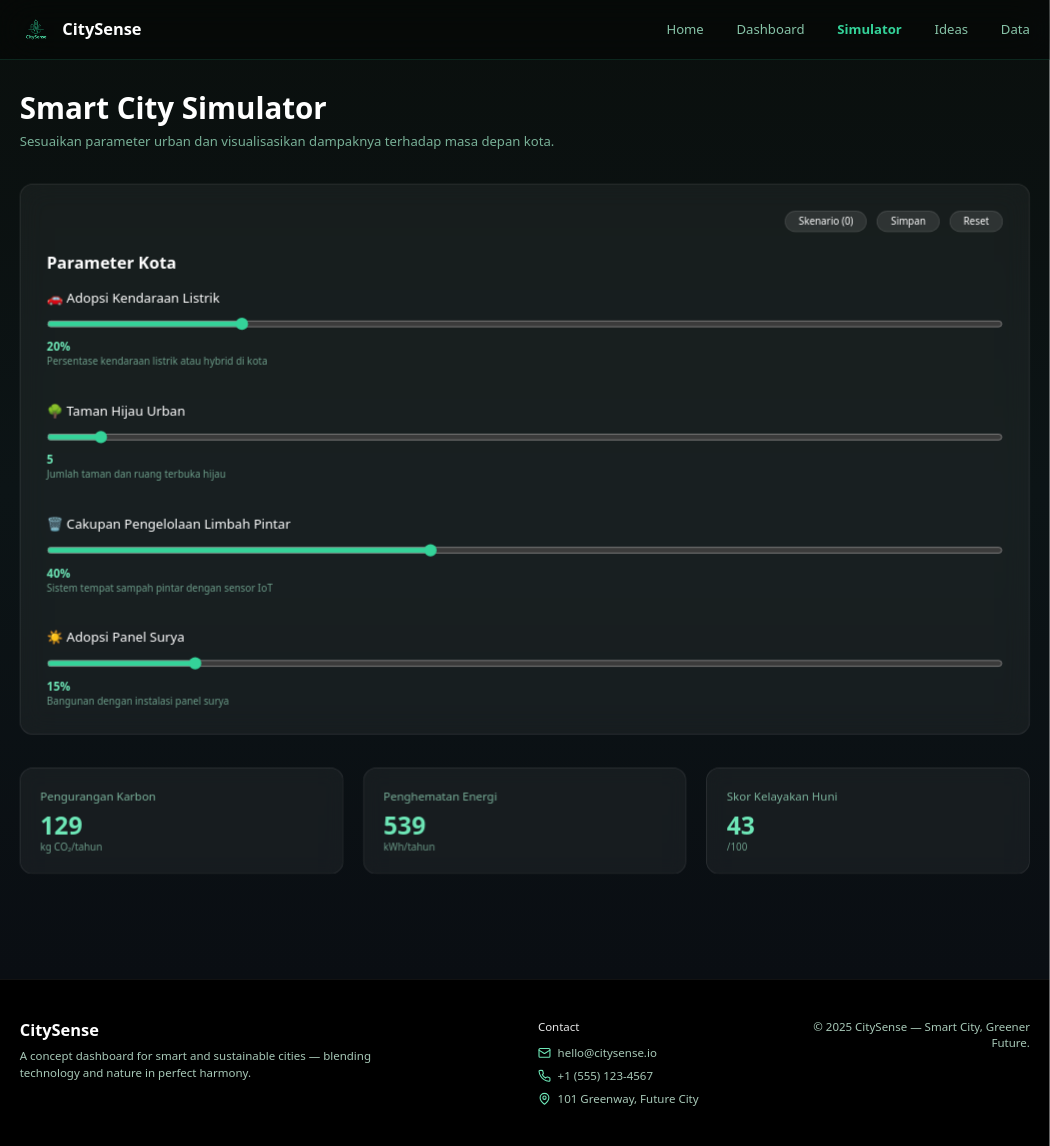
Repository: crashyet/CitySense
Page: /simulator
An editor plug-in stored every save of this project. The page is shown before and after the next save, followed by the edit.
The browser window is 1280 px wide. The pictures show the whole page, at 82% of full size.
The project was rebuilt for these pictures with package versions that can differ from the ones it lists, and the page was loaded fresh each time. Also part of the build but not shown: vite.config.js, src/pages/landing/Hero.jsx, src/pages/landing/DashboardPreview.jsx, src/pages/landing/Infographic.jsx, src/pages/landing/Community.jsx, src/pages/landing/index.jsx, src/components/EnergyPieChart.jsx, src/components/TrafficCongestionChart.jsx and 4 more.

Above is the page before, as saved 2025-11-17 22:34:36.

### src/App.jsx
import { Routes, Route } from "react-router-dom";

import Landing from "./pages/landing";
import Dashboard from "./pages/Dashboardpack";
import Simulator from "./pages/Simulator";
import Ideas from "./pages/Ideas";
import DataPage from "./pages/Data";

export default function App() {
  return (
    <Routes>
      <Route path="/" element={<Landing />} />
      <Route path="/dashboard" element={<Dashboard />} />
      <Route path="/simulator" element={<Simulator />} />
      <Route path="/ideas" element={<Ideas />} />
      <Route path="/data" element={<DataPage />} />
    </Routes>
  );
}

### src/pages/Simulator/index.jsx
import Navbar from "../../components/Navbar";
import Footer from "../../components/Footer";

export default function Simulator() {
  return (
    <>
      <Navbar />

      <div className="min-h-screen w-full bg-gradient-to-b from-[#0a0f0d] via-[#0c1416] to-[#0a0e13] text-white pt-28 pb-32">
        <div className="max-w-7xl mx-auto px-6">

          {/* ================= HEADER ================= */}
          <h1 className="text-3xl md:text-4xl font-semibold">Smart City Simulator</h1>
          <p className="text-emerald-200/70 mt-2 text-sm md:text-base">
            Sesuaikan parameter urban dan visualisasikan dampaknya terhadap masa depan kota.
          </p>

          {/* ================= PARAMETER WRAPPER ================= */}
          <div className="mt-10 rounded-2xl bg-white/5 backdrop-blur-lg border border-white/10 p-8">

            {/* TOP RIGHT BUTTONS */}
            <div className="flex justify-end gap-3 mb-6">
              <button className="px-4 py-1 rounded-full text-xs bg-white/10 border border-white/10">
                Skenario (0)
              </button>
              <button className="px-4 py-1 rounded-full text-xs bg-white/10 border border-white/10">
                Simpan
              </button>
              <button className="px-4 py-1 rounded-full text-xs bg-white/10 border border-white/10">
                Reset
              </button>
            </div>

            {/* ================= PARAMETER GROUP ================= */}
            <h2 className="text-xl font-semibold mb-4">Parameter Kota</h2>

            {/* === PARAMETER BLOCK === */}
            <div className="space-y-10">

              {/* ELECTRIC VEHICLE */}
              <div>
                <p className="font-medium flex items-center gap-2">
                  🚗 Adopsi Kendaraan Listrik
                </p>
                <input
                  type="range"
                  defaultValue={20}
                  className="w-full accent-emerald-400 mt-3"
                />
                <span className="text-emerald-300 font-semibold text-sm mt-1 block">
                  20%
                </span>
                <p className="text-xs text-emerald-200/60">
                  Persentase kendaraan listrik atau hybrid di kota
                </p>
              </div>

              {/* GREEN SPACES */}
              <div>
                <p className="font-medium flex items-center gap-2">
                  🌳 Taman Hijau Urban
                </p>
                <input
                  type="range"
                  defaultValue={5}
                  className="w-full accent-emerald-400 mt-3"
                />
                <span className="text-emerald-300 font-semibold text-sm mt-1 block">
                  5
                </span>
                <p className="text-xs text-emerald-200/60">
                  Jumlah taman dan ruang terbuka hijau
                </p>
              </div>

              {/* WASTE SYSTEM */}
              <div>
                <p className="font-medium flex items-center gap-2">
                  🗑️ Cakupan Pengelolaan Limbah Pintar
                </p>
                <input
                  type="range"
                  defaultValue={40}
                  className="w-full accent-emerald-400 mt-3"
                />
                <span className="text-emerald-300 font-semibold text-sm mt-1 block">
                  40%
                </span>
                <p className="text-xs text-emerald-200/60">
                  Sistem tempat sampah pintar dengan sensor IoT
                </p>
              </div>

              {/* SOLAR PANEL */}
              <div>
                <p className="font-medium flex items-center gap-2">
                  ☀️ Adopsi Panel Surya
                </p>
                <input
                  type="range"
                  defaultValue={15}
                  className="w-full accent-emerald-400 mt-3"
                />
                <span className="text-emerald-300 font-semibold text-sm mt-1 block">
                  15%
                </span>
                <p className="text-xs text-emerald-200/60">
                  Bangunan dengan instalasi panel surya
                </p>
              </div>

            </div>
          </div>

          {/* ================= RESULT CARDS ================= */}
          <div className="mt-10 grid grid-cols-1 md:grid-cols-3 gap-6">

            {/* RED CARBON */}
            <div className="p-6 rounded-2xl bg-white/5 backdrop-blur-md border border-white/10">
              <p className="text-sm text-emerald-200/70">Pengurangan Karbon</p>
              <h3 className="text-3xl font-semibold mt-2 text-emerald-300">129</h3>
              <p className="text-xs text-emerald-200/60">kg CO₂/tahun</p>
            </div>

            {/* ENERGY SAVINGS */}
            <div className="p-6 rounded-2xl bg-white/5 backdrop-blur-md border border-white/10">
              <p className="text-sm text-emerald-200/70">Penghematan Energi</p>
              <h3 className="text-3xl font-semibold mt-2 text-emerald-300">539</h3>
              <p className="text-xs text-emerald-200/60">kWh/tahun</p>
            </div>

            {/* LIVABILITY SCORE */}
            <div className="p-6 rounded-2xl bg-white/5 backdrop-blur-md border border-white/10">
              <p className="text-sm text-emerald-200/70">Skor Kelayakan Huni</p>
              <h3 className="text-3xl font-semibold mt-2 text-emerald-300">43</h3>
              <p className="text-xs text-emerald-200/60">/100</p>
            </div>

          </div>

        </div>
      </div>

      <Footer />
    </>
  );
}

### src/components/Navbar.jsx
import { NavLink } from "react-router-dom";
import { useState } from "react";
import Logo from "../assets/logo.png"; // sesuaikan path logo

export default function Navbar() {
  const [open, setOpen] = useState(false);

  const linkClass = ({ isActive }) =>
    isActive
      ? "text-emerald-400 font-semibold"
      : "text-emerald-200/80 hover:text-white";

  return (
    <header className="fixed w-full z-50 bg-black/40 backdrop-blur-xl border-b border-emerald-400/20 px-6 py-4">
      <div className="max-w-7xl mx-auto flex justify-between items-center">

        {/* LOGO */}
        <NavLink to="/" className="flex items-center gap-3">
          <img src={Logo} className="w-10 h-10" />
          <span className="text-xl text-white font-semibold">CitySense</span>
        </NavLink>

        {/* DESKTOP NAV */}
        <nav className="hidden md:flex gap-10">
          <NavLink to="/" className={linkClass}>Home</NavLink>
          <NavLink to="/dashboard" className={linkClass}>Dashboard</NavLink>
          <NavLink to="/simulator" className={linkClass}>Simulator</NavLink>
          <NavLink to="/ideas" className={linkClass}>Ideas</NavLink>
          <NavLink to="/data" className={linkClass}>Data</NavLink>
        </nav>

        {/* MOBILE BUTTON */}
        <button className="md:hidden text-white" onClick={() => setOpen(!open)}>
          {open ? "✖" : "☰"}
        </button>
      </div>

      {/* MOBILE NAV */}
      {open && (
        <div className="md:hidden bg-black/60 backdrop-blur-lg px-6 pb-4 flex flex-col gap-3">
          <NavLink onClick={() => setOpen(false)} to="/" className="text-white">Home</NavLink>
          <NavLink onClick={() => setOpen(false)} to="/dashboard" className="text-white">Dashboard</NavLink>
          <NavLink onClick={() => setOpen(false)} to="/simulator" className="text-white">Simulator</NavLink>
          <NavLink onClick={() => setOpen(false)} to="/ideas" className="text-white">Ideas</NavLink>
          <NavLink onClick={() => setOpen(false)} to="/data" className="text-white">Data</NavLink>
        </div>
      )}
    </header>
  );
}

### src/components/Footer.jsx
import React from "react";

const Footer = () => {
  return (
    <footer id="contact" className="relative w-full bg-black text-white">
      <div className="mx-auto max-w-7xl px-6 py-12">

        <div className="grid grid-cols-1 gap-8 md:grid-cols-4">

          {/* Brand */}
          <div className="col-span-2">
            <h4 className="text-xl font-semibold">CitySense</h4>
            <p className="mt-2 max-w-md text-sm text-emerald-100/80">
              A concept dashboard for smart and sustainable cities — blending
              technology and nature in perfect harmony.
            </p>
          </div>

          {/* Contact */}
          <div>
            <p className="text-sm font-medium text-white/90">Contact</p>
            <ul className="mt-3 space-y-2 text-sm text-emerald-100/80">

              <li className="flex items-center gap-2">
                <svg xmlns="http://www.w3.org/2000/svg" width="24" height="24"
                  viewBox="0 0 24 24" fill="none" stroke="currentColor"
                  strokeWidth="2" strokeLinecap="round" strokeLinejoin="round"
                  className="lucide lucide-mail h-4 w-4 text-emerald-300">
                  <rect width="20" height="16" x="2" y="4" rx="2"></rect>
                  <path d="m22 7-8.97 5.7a1.94 1.94 0 0 1-2.06
                    0L2 7"></path>
                </svg>
                hello@citysense.io
              </li>

              <li className="flex items-center gap-2">
                <svg xmlns="http://www.w3.org/2000/svg" width="24" height="24"
                  viewBox="0 0 24 24" fill="none" stroke="currentColor"
                  strokeWidth="2" strokeLinecap="round" strokeLinejoin="round"
                  className="lucide lucide-phone h-4 w-4 text-emerald-300">
                  <path d="M22 16.92v3a2 2 0 0 1-2.18
                    2 19.79 19.79 0 0 1-8.63-3.07 19.5
                    19.5 0 0 1-6-6 19.79 19.79 0 0
                    1-3.07-8.67A2 2 0 0 1 4.11 2h3a2
                    2 0 0 1 2 1.72 12.84 12.84 0 0
                    0 .7 2.81 2 2 0 0 1-.45
                    2.11L8.09 9.91a16 16 0 0 0 6
                    6l1.27-1.27a2 2 0 0 1 2.11-.45
                    12.84 12.84 0 0 0 2.81.7A2
                    2 0 0 1 22 16.92z"></path>
                </svg>
                +1 (555) 123-4567
              </li>

              <li className="flex items-center gap-2">
                <svg xmlns="http://www.w3.org/2000/svg" width="24" height="24"
                  viewBox="0 0 24 24" fill="none" stroke="currentColor"
                  strokeWidth="2" strokeLinecap="round" strokeLinejoin="round"
                  className="lucide lucide-map-pin h-4 w-4 text-emerald-300">
                  <path d="M20 10c0 6-8 12-8
                    12s-8-6-8-12a8 8 0 0 1
                    16 0Z"></path>
                  <circle cx="12" cy="10" r="3"></circle>
                </svg>
                101 Greenway, Future City
              </li>

            </ul>
          </div>

          {/* Copyright */}
          <div className="md:text-right">
            <p className="text-sm text-emerald-100/80">
              © 2025 CitySense — Smart City, Greener Future.
            </p>
          </div>

        </div>
      </div>
    </footer>
  );
};

export default Footer;

Loaded but not shown: index.html (common file); src/main.jsx (common file); src/index.css (common file); tailwind.config.js (common file)

After the next save:
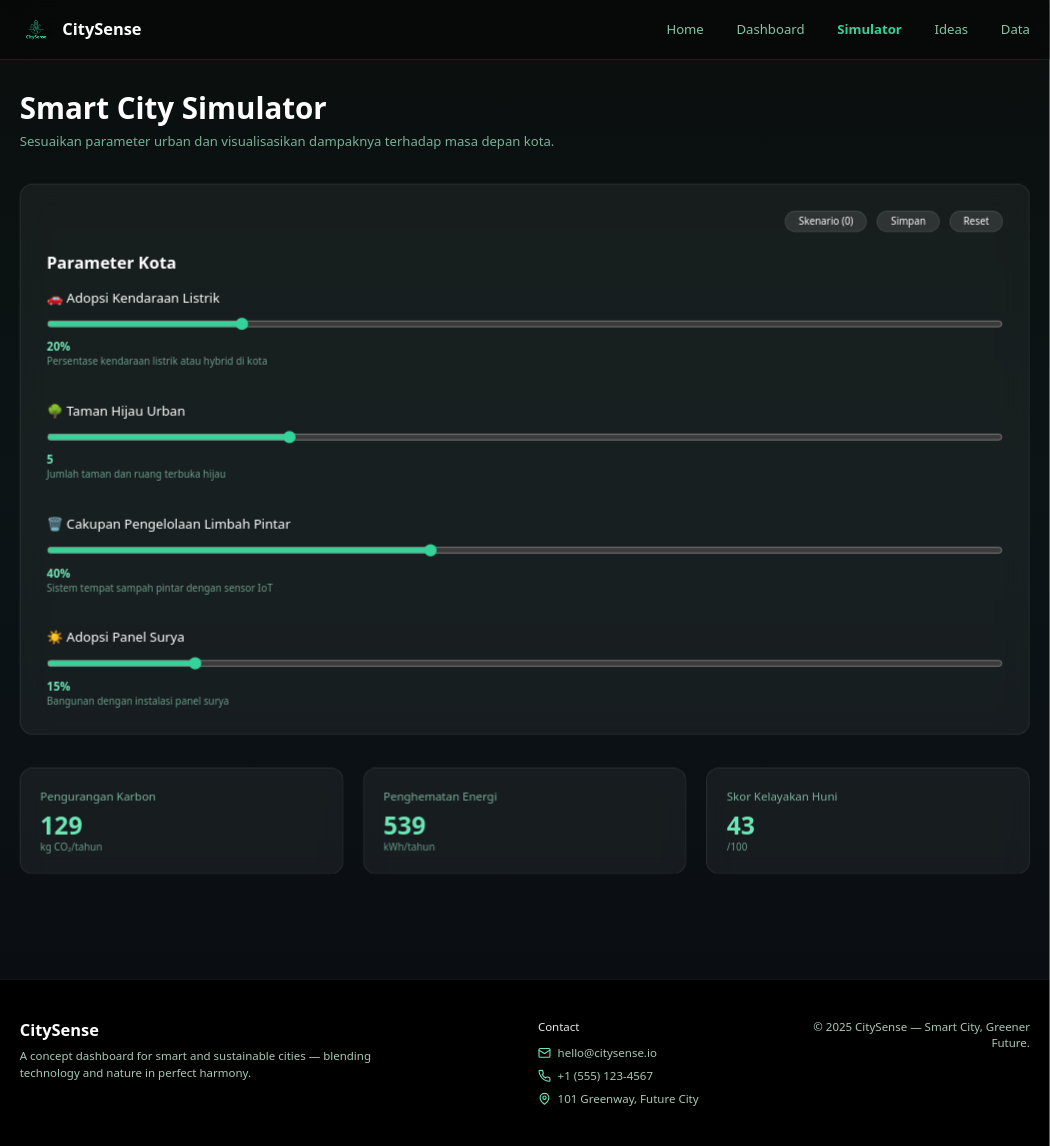
Saved 15 h 23 min later.
--- a/src/pages/Simulator/index.jsx
+++ b/src/pages/Simulator/index.jsx
@@ -1,7 +1,14 @@
+import { useState } from "react";
 import Navbar from "../../components/Navbar";
 import Footer from "../../components/Footer";
 
 export default function Simulator() {
+  // State untuk setiap slider
+  const [electricVehicle, setElectricVehicle] = useState(20);
+  const [greenSpaces, setGreenSpaces] = useState(5);
+  const [wasteSystem, setWasteSystem] = useState(40);
+  const [solarPanel, setSolarPanel] = useState(15);
+
   return (
     <>
       <Navbar />
@@ -19,7 +26,7 @@ export default function Simulator() {
           <div className="mt-10 rounded-2xl bg-white/5 backdrop-blur-lg border border-white/10 p-8">
 
             {/* TOP RIGHT BUTTONS */}
-            <div className="flex justify-end gap-3 mb-6">
+            <div className="flex justify-end gap-3 mb-6 flex-wrap">
               <button className="px-4 py-1 rounded-full text-xs bg-white/10 border border-white/10">
                 Skenario (0)
               </button>
@@ -44,11 +51,14 @@ export default function Simulator() {
                 </p>
                 <input
                   type="range"
-                  defaultValue={20}
+                  min="0"
+                  max="100"
+                  value={electricVehicle}
+                  onChange={(e) => setElectricVehicle(e.target.value)}
                   className="w-full accent-emerald-400 mt-3"
                 />
                 <span className="text-emerald-300 font-semibold text-sm mt-1 block">
-                  20%
+                  {electricVehicle}%
                 </span>
                 <p className="text-xs text-emerald-200/60">
                   Persentase kendaraan listrik atau hybrid di kota
@@ -62,11 +72,14 @@ export default function Simulator() {
                 </p>
                 <input
                   type="range"
-                  defaultValue={5}
+                  min="0"
+                  max="20"
+                  value={greenSpaces}
+                  onChange={(e) => setGreenSpaces(e.target.value)}
                   className="w-full accent-emerald-400 mt-3"
                 />
                 <span className="text-emerald-300 font-semibold text-sm mt-1 block">
-                  5
+                  {greenSpaces}
                 </span>
                 <p className="text-xs text-emerald-200/60">
                   Jumlah taman dan ruang terbuka hijau
@@ -80,11 +93,14 @@ export default function Simulator() {
                 </p>
                 <input
                   type="range"
-                  defaultValue={40}
+                  min="0"
+                  max="100"
+                  value={wasteSystem}
+                  onChange={(e) => setWasteSystem(e.target.value)}
                   className="w-full accent-emerald-400 mt-3"
                 />
                 <span className="text-emerald-300 font-semibold text-sm mt-1 block">
-                  40%
+                  {wasteSystem}%
                 </span>
                 <p className="text-xs text-emerald-200/60">
                   Sistem tempat sampah pintar dengan sensor IoT
@@ -98,11 +114,14 @@ export default function Simulator() {
                 </p>
                 <input
                   type="range"
-                  defaultValue={15}
+                  min="0"
+                  max="100"
+                  value={solarPanel}
+                  onChange={(e) => setSolarPanel(e.target.value)}
                   className="w-full accent-emerald-400 mt-3"
                 />
                 <span className="text-emerald-300 font-semibold text-sm mt-1 block">
-                  15%
+                  {solarPanel}%
                 </span>
                 <p className="text-xs text-emerald-200/60">
                   Bangunan dengan instalasi panel surya
@@ -113,7 +132,7 @@ export default function Simulator() {
           </div>
 
           {/* ================= RESULT CARDS ================= */}
-          <div className="mt-10 grid grid-cols-1 md:grid-cols-3 gap-6">
+          <div className="mt-10 grid grid-cols-1 sm:grid-cols-2 lg:grid-cols-3 gap-6">
 
             {/* RED CARBON */}
             <div className="p-6 rounded-2xl bg-white/5 backdrop-blur-md border border-white/10">
